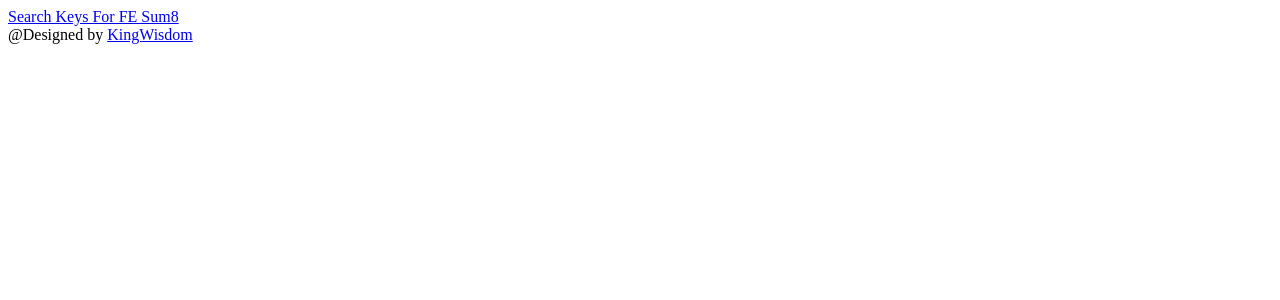
Repository: KingWisdomDEV/kingwisdomdev.github.io
Page: index.html
An editor plug-in stored every save of this project. The page is shown before and after the next save, followed by the edit.
The browser window is 1280 px wide. The pictures show the whole page.

Above is the page before, as saved 2022-03-27 11:50:31.

After the next save:
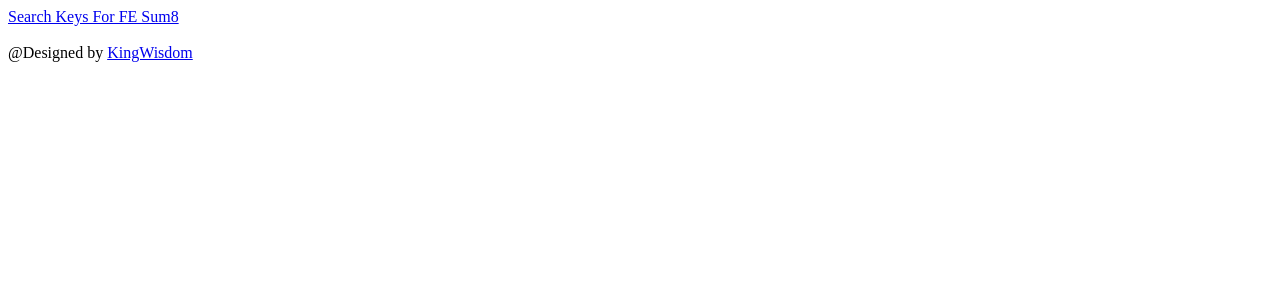
Saved 21 s later.
--- a/index.html
+++ b/index.html
@@ -7,7 +7,7 @@
     <title>Nothing is impossible | KingWisdom</title>
 </head>
 <body>
-    <a href="https://kingwisdomdev.github.io/search-keys/">Search Keys For FE Sum8</a><br>
+    <a href="https://kingwisdomdev.github.io/search-keys/">Search Keys For FE Sum8</a><br><br>
     @Designed by <a href="https://github.com/KingWisdomDEV">KingWisdom</a>
 </body>
 </html>
